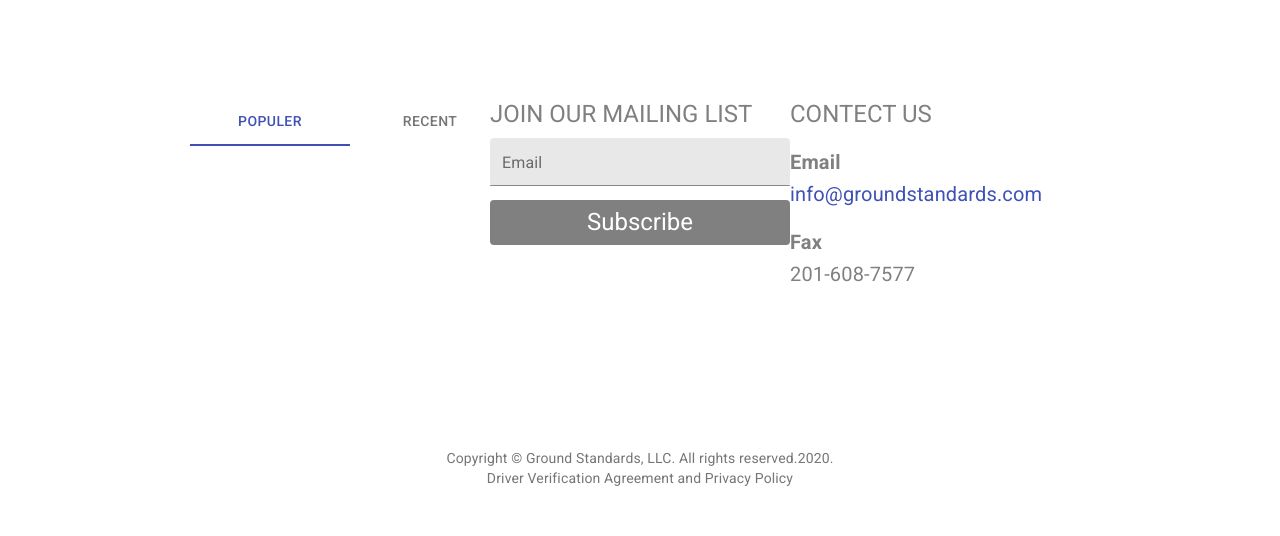
Repository: vinuvish/groundstandards_react
Page: /
An editor plug-in stored every save of this project. The page is shown before and after the next save, followed by the edit.
The browser window is 1280 px wide. The pictures show the part of the page from y = 3920 to 4456 px (the page is 4456 px tall before and 4416 px after).
The page's requests for data from a server got no answer. The project was rebuilt for these pictures with package versions that can differ from the ones it lists, and the page was loaded fresh each time. No one was signed in, and anything a server would have sent is missing. Also part of the build but not shown: src/pages/app/NotFoundPage.tsx, src/pages/app/SignUpPage.tsx, src/pages/app/AboutPage.tsx, src/pages/app/OurSolutionPage.tsx, src/pages/app/OurPartnerPage.tsx, src/pages/app/ResourcePage.tsx, src/pages/app/PressPage.tsx, src/pages/app/BlockPage.tsx and 1 more. Imported but missing from the stored project, and not drawn on this page: src/assets/video/video-2.mp4.

Above is the page before, as saved 2020-11-28 12:13:23.

### public/index.html
<!DOCTYPE html>
<html lang="en">
  <head>
    <meta charset="utf-8" />
    <link rel="icon" href="%PUBLIC_URL%/favicon.png" />
    <meta name="viewport" content="width=device-width, initial-scale=1" />
    <meta name="theme-color" content="#000000" />
    <meta name="description" content="Web site created using create-react-app" />
    <link rel="apple-touch-icon" href="%PUBLIC_URL%/logo192.png" />
    <link rel="stylesheet" href="https://fonts.googleapis.com/css?family=Roboto:300,400,500,700&display=swap" />
    <link rel="stylesheet" href="https://fonts.googleapis.com/icon?family=Material+Icons" />
    <!--
      manifest.json provides metadata used when your web app is installed on a
      user's mobile device or desktop. See https://developers.google.com/web/fundamentals/web-app-manifest/
    -->
    <link rel="manifest" href="%PUBLIC_URL%/manifest.json" />
    <!--
      Notice the use of %PUBLIC_URL% in the tags above.
      It will be replaced with the URL of the `public` folder during the build.
      Only files inside the `public` folder can be referenced from the HTML.

      Unlike "/favicon.ico" or "favicon.ico", "%PUBLIC_URL%/favicon.ico" will
      work correctly both with client-side routing and a non-root public URL.
      Learn how to configure a non-root public URL by running `npm run build`.
    -->
    <title>Ground Standard</title>
  </head>
  <body>
    <noscript>You need to enable JavaScript to run this app.</noscript>
    <div id="root"></div>
    <!--
      This HTML file is a template.
      If you open it directly in the browser, you will see an empty page.

      You can add webfonts, meta tags, or analytics to this file.
      The build step will place the bundled scripts into the <body> tag.

      To begin the development, run `npm start` or `yarn start`.
      To create a production bundle, use `npm run build` or `yarn build`.
    -->
  </body>
</html>

### src/App.tsx
import { CssBaseline, MuiThemeProvider, StylesProvider } from '@material-ui/core';
import { SnackbarProvider } from 'notistack';
import React from 'react';
import { theme } from './app_utils/MuiTheme';
import AppRouterRoutes from './AppRoutes';
import { useAppStore } from './models_stores/appStore';

function App() {
  const streamAuthUser = useAppStore((state) => state.streamAuthUser);
  const streamProducts = useAppStore((state) => state.streamDocuments);
  const streamCategories = useAppStore((state) => state.streamNotifications);
  const streamUsers = useAppStore((state) => state.streamUsers);

  React.useEffect(() => {
    streamAuthUser();
    streamCategories();
    streamUsers();
    streamProducts();
  }, []); // eslint-disable-line

  return (
    <SnackbarProvider maxSnack={3} anchorOrigin={{ vertical: 'bottom', horizontal: 'right' }}>
      <MuiThemeProvider theme={theme}>
        <CssBaseline />
        <StylesProvider injectFirst>
          <AppRouterRoutes></AppRouterRoutes>
        </StylesProvider>
      </MuiThemeProvider>
    </SnackbarProvider>
  );
}

export default App;

### src/app_utils/MuiTheme.tsx
import { createMuiTheme } from '@material-ui/core/styles';
import { BreakpointOverrides } from '@material-ui/core/styles/createBreakpoints';
import { Shadows } from '@material-ui/core/styles/shadows';

declare module '@material-ui/core/styles/createBreakpoints' {
  interface BreakpointOverrides {
    xs: true;
    sm: true;
    md: true;
    lg: true;
    xl: true;
    tablet: true;
    laptop: true;
    desktop: true;
  }
}

export const theme = createMuiTheme({
  breakpoints: {
    values: { xs: 0, sm: 600, md: 960, lg: 1280, xl: 1920, tablet: 400, laptop: 900, desktop: 1200 }
  },

  shadows: Array(25).fill('none') as Shadows,

  props: {
    MuiInput: { disableUnderline: true },
    MuiButton: { disableElevation: true },
    MuiButtonBase: { disableRipple: true },
    MuiPaper: { elevation: 0 },
    MuiCard: { elevation: 0 },
    MuiDivider: { color: 'white' },
    MuiOutlinedInput: {}
  },
  overrides: {
    MuiPaper: {
      root: {
        elevation: 0
      }
    },
    MuiCard: {
      root: {
        elevation: 0
      }
    },
    MuiButton: {
      root: {
        textTransform: 'capitalize'
      }
    }
  },
  palette: {
    background: {
      default: '#F2F5F7'
    }
  }
});

export const breakpoint = {
  xs: `(min-width: 0px)`,
  sm: `(min-width: 576px)`,
  md: `(min-width: 768px)`,
  lg: `(min-width: 992px)`,
  xl: `(min-width: 1200px)`
};

### src/AppRoutes.tsx
import { Container, createStyles, Grid, makeStyles, Theme } from '@material-ui/core';
import React from 'react';
import { Route, Router, Switch } from 'react-router-dom';
import ZAppBar from './components/ZAppBar';
import ZAppBarDrawer from './components/ZAppBarDrawer';
import NotFoundPage from './pages/app/NotFoundPage';
import SignUpPage from './pages/app/SignUpPage';
import history from './app_utils/History';
import AboutPage from './pages/app/AboutPage';
import OurSolutionPage from './pages/app/OurSolutionPage';
import OurPartnerPage from './pages/app/OurPartnerPage';
import ResourcePage from './pages/app/ResourcePage';
import PressPage from './pages/app/PressPage';
import BlockPage from './pages/app/BlockPage';
import ContactPage from './pages/app/ContactPage';
import AppHomePage from './pages/app/AppHomePage';
import ZNavBar from './components/ZNavBar';

const AppRouterRoutes = () => {
  const classes = useStyles();

  return (
    <Router history={history}>

      <ZNavBar />
      <Switch>{[AppRoutes]}</Switch>
    </Router>


  );
};


const AppRoutes = [
  <Route exact path='/' component={AppHomePage} />,
  <Route exact path='/aboutUs' component={AboutPage} />,
  <Route exact path='/signUp' component={SignUpPage} />,
  <Route exact path='/ourSolution' component={OurSolutionPage} />,
  <Route exact path='/ourPartner' component={OurPartnerPage} />,
  <Route exact path='/resource' component={ResourcePage} />,
  <Route exact path='/press' component={PressPage} />,
  <Route exact path='/blog' component={BlockPage} />,
  <Route exact path='/contact' component={ContactPage} />,
  <Route component={NotFoundPage} />
];

const useStyles = makeStyles((theme: Theme) =>
  createStyles({
    grid: {
      display: 'flex'
    },
    containerAuthenticated: {
      margin: 'auto',
      marginTop: 68,
      padding: 20,
      width: `calc(100% - 240px)`,
      [theme.breakpoints.down('md')]: {
        width: '100%'
      }
    },
    containerUnauthenticated: {}
  })
);

export default AppRouterRoutes;

### src/app_utils/History.tsx
import { createBrowserHistory } from 'history';
export default createBrowserHistory({});

### src/pages/app/AppHomePage.tsx

import * as React from 'react';
import { makeStyles, Theme } from '@material-ui/core/styles';
import ZHeroSection from '../../components/ZHeroSection';
import ZCards from '../../components/ZCards';
import ZFooter from '../../components/Zfooter';

interface Props { }

const AppHomePage: React.FC<Props> = () => {
    const classes = useStyles();
    return (
        <>
            <ZHeroSection />
            <ZCards />
            <ZFooter />
        </>
    )
};

const useStyles = makeStyles((theme: Theme) => ({
    root: {}
}));

AppHomePage.defaultProps = {};

export default AppHomePage;

### src/components/ZNavBar.tsx
import React from 'react';
import { FaBars } from 'react-icons/fa';
import { NavLink as Link } from 'react-router-dom';
import styled from 'styled-components';

function ZNavBar() {


    const navLinks = [
        { title: `about us`, path: `/aboutUs` },
        { title: `sign up!`, path: `/signUp` },
        { title: `our solution`, path: `/ourSolution` },
        { title: `our partners`, path: `/ourPartner` },
        { title: `rsources`, path: `/resource` },
        { title: `press`, path: `/press` },
        { title: `blog`, path: `/blog` },
        { title: `contact`, path: `/contact` },

    ]
    return (
        <>
            <Nav>
                <NavLink to='/'>
                    <img src={'http://groundstandards.com/wp-content/uploads/GS-logo-300.png'} alt='logo' />
                </NavLink>
                <Bars />
                <NavMenu>
                    <NavLink to='/about' >
                        About
              </NavLink>
                    <NavLink to='/services' >
                        Services
              </NavLink>
                    <NavLink to='/contact-us' >
                        Contact Us
              </NavLink>
                    <NavLink to='/sign-up' >
                        Sign Up
              </NavLink>
                    {/* Second Nav */}
                    {/* <NavBtnLink to='/sign-in'>Sign In</NavBtnLink> */}
                </NavMenu>
                <NavBtn>
                    <NavBtnLink to='/signin'>Sign In</NavBtnLink>
                </NavBtn>
            </Nav>
        </>
    );
}

export default ZNavBar

export const Nav = styled.nav`
  background: white;
  height: 80px;
  display: flex;
  justify-content: space-between;
  padding: 0.5rem calc((100vw - 1000px) / 2);
  z-index: 10;
  /* Third Nav */
  /* justify-content: flex-start; */
`;

export const NavLink = styled(Link)`
  color:    black;
  display: flex;
  align-items: center;
  text-decoration: none;
  padding: 0 1rem;
  height: 100%;
  cursor: pointer;
  &.active {
    color: #15cdfc;
  }
`;

export const Bars = styled(FaBars)`
  display: none;
  color: #fff;
  @media screen and (max-width: 768px) {
    display: block;
    position: absolute;
    top: 0;
    right: 0;
    transform: translate(-100%, 75%);
    font-size: 1.8rem;
    cursor: pointer;
  }
`;

export const NavMenu = styled.div`
  display: flex;
  align-items: center;
  margin-right: -24px;
  /* Second Nav */
  /* margin-right: 24px; */
  /* Third Nav */
  /* width: 100vw;
  white-space: nowrap; */
  @media screen and (max-width: 768px) {
    display: none;
  }
`;

export const NavBtn = styled.nav`
  display: flex;
  align-items: center;
  margin-right: 24px;
  /* Third Nav */
  /* justify-content: flex-end;
  width: 100vw; */
  @media screen and (max-width: 768px) {
    display: none;
  }
`;

export const NavBtnLink = styled(Link)`
  border-radius: 4px;
  background: #256ce1;
  padding: 10px 22px;
  color: #fff;
  outline: none;
  border: none;
  cursor: pointer;
  transition: all 0.2s ease-in-out;
  text-decoration: none;
  /* Second Nav */
  margin-left: 24px;
  &:hover {
    transition: all 0.2s ease-in-out;
    background: #fff;
    color: #010606;
  }
`;

### src/firebase/firebase.tsx
import firebase from 'firebase/app';
import 'firebase/firestore';
import 'firebase/auth';
import 'firebase/storage';

const firebaseConfig = {
  apiKey: 'AIzaSyBWf1JYtcld5rEhou2YyANxAtl20AylP80',
  authDomain: 'groundstandards-8a1dd.firebaseapp.com',
  databaseURL: 'https://groundstandards-8a1dd.firebaseio.com',
  projectId: 'groundstandards-8a1dd',
  storageBucket: 'groundstandards-8a1dd.appspot.com',
  messagingSenderId: '137110708999',
  appId: '1:137110708999:web:ab0b42be7878425a805ba2',
  measurementId: 'G-V8H0LZB9DH'
};

if (!firebase.apps.length) firebase.initializeApp(firebaseConfig);

const firestore = firebase.firestore();
const auth = firebase.auth();

export { firebase as fireFirebase, firestore as fireFirestore, auth as fireAuth };

### src/models/AuthUserModel.ts
export class AuthUser implements IAuthUser {
  email: string;
  firstName: string;
  id: string;
  lastName: string;
  isActive: boolean;
  isAdmin: boolean;
  timestampAdded: Date;
  timestampLastLogin: Date;

  constructor(x: IAuthUser) {
    this.email = x.email;
    this.firstName = x.firstName;
    this.id = x.id;
    this.lastName = x.lastName;
    this.isActive = x.isActive;
    this.isAdmin = x.isAdmin;
    this.timestampAdded = x.timestampAdded;
    this.timestampLastLogin = x.timestampLastLogin;
  }

  static fromFirestore(doc: firebase.firestore.DocumentSnapshot<firebase.firestore.DocumentData>): AuthUser | null {
    const data = doc.data();
    if (!data) return null;

    return new AuthUser({
      email: data['email'] ?? '',
      firstName: data['firstName'] ?? '',
      id: doc.id,
      lastName: data['lastName'] ?? '',
      isActive: data['isActive'] ?? true,
      isAdmin: data['isAdmin'] ?? false,
      timestampAdded: data['timestampAdded']?.toDate() ?? new Date(),
      timestampLastLogin: data['timestampLastLogin']?.toDate() ?? new Date()
    });
  }

  getFullName(): string {
    return `${this.firstName} ${this.lastName}`;
  }
}

interface IAuthUser {
  email: string;
  firstName: string;
  id: string;
  lastName: string;
  isActive: boolean;
  isAdmin: boolean;
  timestampAdded: Date;
  timestampLastLogin: Date;
}
export interface IAuthUserRegister {
  email: string;
  firstName: string;
  lastName: string;
  password: string;
  isAdmin: boolean;
}

export interface IAuthUserUpdate {
  id: string;
  firstName: string;
  lastName: string;
  isActive: boolean;
  isAdmin: boolean;
}

### src/models/NotificationModel.ts
export class NotificationModel implements IEventModel {
  body: string;
  title: string;
  linkUrl: string;
  id: string;
  timestampAdded: Date;

  constructor(x: IEventModel) {
    {
      this.id = x.id;
      this.linkUrl = x.linkUrl;
      this.body = x.body;
      this.timestampAdded = x.timestampAdded;
      this.title = x.title;
    }
  }

  static fromFirestore(doc: firebase.firestore.DocumentSnapshot<firebase.firestore.DocumentData>): NotificationModel | null {
    const data = doc.data();
    if (!data) return null;
    return new NotificationModel({
      body: data['body'] ?? '',
      id: doc.id,
      linkUrl: data['linkUrl'] ?? '',
      timestampAdded: data['timestampAdded']?.toDate() ?? Date.now(),
      title: data['title'] ?? ''
    });
  }
}

interface IEventModel {
  body: string;
  title: string;
  linkUrl: string;
  id: string;
  timestampAdded: Date;
}

### src/components/ZHeroSection.tsx
import { createStyles, makeStyles, Theme } from '@material-ui/core';
import React from 'react';
function ZHeroSection() {
  const classes = useStyles();

  return (
    <div className={classes.heroContainer}>
      <video className={classes.video} src={require('../assets/video/video-2.mp4')} autoPlay loop muted />
      <h1>RIDE WITH CONFIDENCE </h1>
      <p>Delivering Certification and Audit Standards
to the Ground Transportation Industry</p>

    </div >
  );
}

export default ZHeroSection;

const useStyles = makeStyles((theme: Theme) =>
  createStyles({
    video: {
      objectFit: 'cover',
      width: '100vw',
      height: '100%',
      position: 'fixed',
      zIndex: -'1'
    },
    heroContainer: {
      width: '100vw',
      height: '100vh',
      display: 'flex',
      flexDirection: 'column',
      justifyContent: 'center',
      alignItems: 'center',
      boxShadow: 'inset 0 0 0 1000px rgba(0, 0, 0, 0.2)',
      objectFit: 'contain',
      fontSize: '30px',
      color: 'white'

    },

  })
);

### src/components/Zfooter.tsx
import { Tabs, Tab, Box, Container, Grid, Link, makeStyles, Typography, Button } from '@material-ui/core';
import { useSnackbar } from 'notistack';
import React from 'react';
import { useForm } from 'react-hook-form';
import ZTextFormField from './ZTextFromField';

export default function ZFooter() {
    const classes = useStyles();
    const [value, setValue] = React.useState(0);
    const { handleSubmit, errors, control, getValues } = useForm<FormData>({ mode: 'onSubmit', reValidateMode: 'onChange' });
    const { enqueueSnackbar } = useSnackbar();
    const handleChange = (event: React.ChangeEvent<{}>, newValue: number) => {
        setValue(newValue);
    };

    const handleChangeIndex = (index: number) => {
        setValue(index);
    };
    type FormData = {
        email: string;
    };

    const onSubmit = handleSubmit(async (data: FormData) => {
        console.log('from', data);
        try {

            enqueueSnackbar('Email sent');
        } catch (error) {
            console.log(error);
            enqueueSnackbar(error.message);
        }
    });
    function a11yProps(index: any) {
        return {
            id: `full-width-tab-${index}`,
            'aria-controls': `full-width-tabpanel-${index}`,
        };
    }
    return (
        <footer className={classes.footer}>
            <Container maxWidth="lg">
                <Grid container direction='row' className={classes.grid} >
                    <Grid item xs={12}>
                        <Grid container justify="center" spacing={0}>
                            <div className={classes.tab}>
                                <Tabs value={value}
                                    onChange={handleChange}
                                    indicatorColor="primary"
                                    textColor="primary"
                                    variant="fullWidth"
                                    aria-label="full width tabs example">
                                    <Tab label="Populer" {...a11yProps(0)} />
                                    <Tab label="Recent" {...a11yProps(1)} />
                                </Tabs>

                            </div>
                            <div className={classes.tab}>
                                <Typography variant='h5'>
                                    JOIN OUR MAILING LIST
                       </Typography>
                                <ZTextFormField
                                    variant='filled'
                                    defaultValue={getValues().email}
                                    error={errors.email}
                                    rules={{ required: 'Invalid email address', pattern: { value: /^[A-Z0-9._%+-]+@[A-Z0-9.-]+\.[A-Z]{2,}$/i, message: 'Invalid email address' } }}
                                    label='Email'
                                    name='email'
                                    control={control}
                                />
                                <Button type='submit' className={classes.submitButton} onClick={onSubmit} fullWidth variant='contained' color='primary' size='large'>
                                    <Typography variant='h5' >
                                        Subscribe
                       </Typography>
                                </Button>
                            </div>
                            <div className={classes.tab}>
                                <Typography variant='h5' >
                                    CONTECT US
                       </Typography>
                                <Typography variant='h6' >
                                    <Box fontWeight={900} paddingTop={2}>
                                        Email</Box>
                                </Typography>
                                <Link href="#" >
                                    <Typography variant='h6' >
                                        <Box fontWeight={400} >
                                            info@groundstandards.com

                                </Box>
                                    </Typography>
                                </Link>
                                <Typography variant='h6' >
                                    <Box fontWeight={900} paddingTop={2}>
                                        Fax</Box>
                                </Typography>

                                <Typography variant='h6' >
                                    <Box fontWeight={400} >
                                        201-608-7577
                                </Box>
                                </Typography>
                            </div>
                        </Grid>
                    </Grid>
                </Grid>


                <Typography variant="body2" color="textSecondary" align="center">
                    {'Copyright © '}
                    <Link color="inherit" href="https://material-ui.com/">
                        Ground Standards, LLC. All rights reserved.
                    </Link>
                    {new Date().getFullYear()}
                    {'.'}
                </Typography>
                <Typography variant="body2" color="textSecondary" align="center">
                    Driver Verification Agreement and Privacy Policy
                </Typography>
            </Container>
        </footer >

    );

}
const useStyles = makeStyles((theme) => ({
    footer: {
        backgroundColor: theme.palette.background.paper,
        padding: theme.spacing(6, 0),
        flex: 1,
        justifyContent: 'center',
        alignItems: 'center',
        position: 'relative',
        width: '100vW'
    },
    tab: {
        backgroundColor: theme.palette.background.paper,
        color: 'grey',
        width: 300,
        height: 300,
        border: '2px',
        variant: "scrollable"
    },
    emailSubscription: {
        marginLeft: '50px',
        marginr: '50px'

    },
    submitButton: {
        height: '45px',
        background: 'grey',
        margin: '10px 0px'
    }, grid: {
        padding: '50px',
        justifyContent: 'center',
        alignItems: 'center',
    },
}));

### src/components/ZCardItem.tsx
import { Box, createStyles, makeStyles, Theme } from '@material-ui/core';
import Button from '@material-ui/core/Button';
import Card from '@material-ui/core/Card';
import CardActions from '@material-ui/core/CardActions';
import CardContent from '@material-ui/core/CardContent';
import Typography from '@material-ui/core/Typography';


import React from 'react';


interface Props {
    title: string,
    body: string,
    path: string,
    height?: string;
}


const ZCardItem: React.FC<Props> = ({ title, body, path, height }) => {
    const classes = useStyles();
    return (
        <Box border={1} color="white" borderRadius={0}>
            <Card className={classes.card} variant="outlined"  >
                <CardContent>
                    <Typography className={classes.title} color="textSecondary" gutterBottom>
                        {title}
                    </Typography>

                    <Typography className={classes.body} color="textSecondary">
                        {body}
                    </Typography>

                </CardContent>
                <CardActions className={classes.button}>
                    <Button size="large" variant='contained' color='primary' >Learn More</Button>
                </CardActions>
            </Card>
        </Box>
    );
}
ZCardItem.defaultProps = {};

export default ZCardItem;

const useStyles = makeStyles((theme: Theme) =>
    createStyles({

        card: {
            minWidth: 275,
            minHeight: 200,
            width: '350px',
            paddingTop: '20px',
            background: 'black'

        },

        title: {
            fontSize: 25,
            textAlign: 'center',
            fontWeight: 900,
            color: 'white'
        },
        body: {
            marginBottom: 5,
            marginTop: '20px',
            padding: 10,
            fontSize: 16,
            color: '#A8A8A8',
            fontWeight: 300,
            letterSpacing: 1
        },
        button: { justifyContent: 'center', marginBottom: 20, }
    })

);

### src/components/ZTextFromField.tsx
import * as React from 'react';
import { makeStyles, TextField, Theme } from '@material-ui/core';
import { Controller, FieldError, Control } from 'react-hook-form';

interface Props {
  label: string;
  defaultValue?: string;
  className?: string;
  control: Control;
  error?: FieldError | undefined;
  name: string;
  rules?: any;
  rows?: number;
  type?: string;
  disabled?: boolean;
  variant?: 'standard' | 'filled' | 'outlined' | undefined;
}

const ZTextFormField: React.FC<Props> = ({ label, defaultValue, className, control, name, rules, rows, type, variant, error, disabled }) => {
  const classes = useStyles();
  return (
    <div key={name} className={className}>
      <Controller
        key={name}
        as={
          <TextField
            InputProps={{
              classes: { root: classes.root }
            }}
            disabled={disabled ?? false}
            name={name}
            error={error?.message ? true : false}
            helperText={error?.message ? error.message : undefined}
            fullWidth
            margin='dense'
            multiline={type ? false : true}
            rows={type ? undefined : rows}
            type={type}
            variant={(variant ?? 'outlined') as any}
          />
        }
        rules={rules ?? { required: 'This field is required' }}
        autoComplete='false'
        label={label}
        name={name}
        control={control}
        defaultValue={defaultValue ?? ''}
      />
    </div>
  );
};

const useStyles = makeStyles((theme: Theme) => ({
  root: {
    borderRadius: '4px'
  }
}));

ZTextFormField.defaultProps = {};

export default ZTextFormField;

// rules={register({
//             required: true,
//             pattern: {
//               value: /^[A-Z0-9._%+-]+@[A-Z0-9.-]+\.[A-Z]{2,}$/i,
//               message: 'Invalid email address',
//             },
//           })}

Loaded but not shown: src/index.tsx (common file); src/styles/index.css (common file); src/components/ZCards.tsx (200 lines, source omitted); src/models/DocumentModel.ts (144 lines, source omitted); src/models_stores/appStore.ts (105 lines, source omitted)

After the next save:
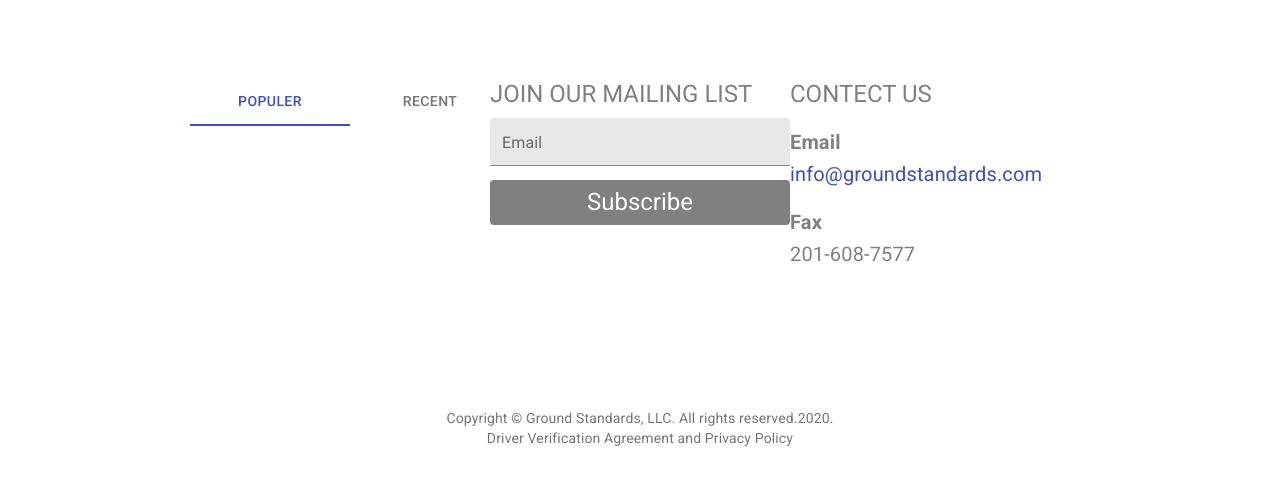
Saved 5 s later.
--- a/src/components/Zfooter.tsx
+++ b/src/components/Zfooter.tsx
@@ -41,7 +41,7 @@ export default function ZFooter() {
             <Container maxWidth="lg">
                 <Grid container direction='row' className={classes.grid} >
                     <Grid item xs={12}>
-                        <Grid container justify="center" spacing={0}>
+                        <Grid container justify="center" spacing={5}>
                             <div className={classes.tab}>
                                 <Tabs value={value}
                                     onChange={handleChange}
@@ -142,7 +142,7 @@ const useStyles = makeStyles((theme) => ({
     },
     emailSubscription: {
         marginLeft: '50px',
-        marginr: '50px'
+        marginLeft: '50px'
 
     },
     submitButton: {
